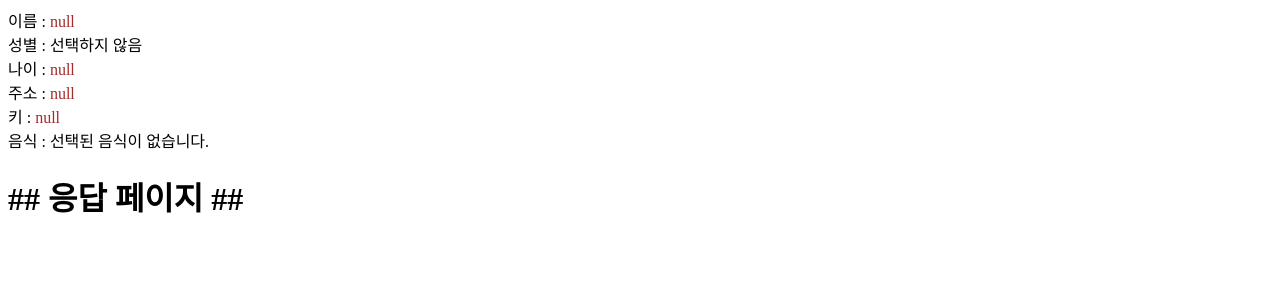
Repository: kkh1396/kh_front
Page: http://localhost/1.servlet/views/responsePage.jsp
The author's editor kept a copy of each file at every save. The page is drawn from the files as they stood at one save, then again after the next save.
The browser window is 1280 px wide. The pictures show the whole page.
The page is served by Tomcat 9. Other server files are loaded and not shown. The template is opened directly, without the code that normally fills it, so the values that code supplies are empty.

Above is the page before, as saved 2025-03-19 06:34:00.

### 05_server/1.servlet/src/main/webapp/views/responsePage.jsp
<%@ page language="java" contentType="text/html; charset=UTF-8"
    pageEncoding="UTF-8"%>
<!DOCTYPE html>
<html>
<head>
<meta charset="UTF-8">
<title>응답용 페이지</title>

   <style >
     span {color : brown}
   </style>
</head>
<body>

	<!-- HTML 주석 -->
	<%-- jsp 주석 --%>
	<%-- 자바 코드 작성하기 --%>
	<%
	   //System.out.println("hi! jsp");
	   // * 스크립틀릿 (sciptlet) : HTML문서 내에서 JAVA코드를
	   //   작성할수 있는 영역

	   // * 서블릿을 통해 전달된 데이터를 추출
	   String name = (String)request.getAttribute("name");
	   String gender  = (String)request.getAttribute("gender");
	   String age =  (String)request.getAttribute("age");
	   String address = (String)request.getAttribute("address");
	   String height =  (String)request.getAttribute("height");
	   String[] foods = (String[])request.getAttribute("foods");
	%>

	<%-- 변수의 값을 화면상에 출력하고자 할 때, %=변수명 형태로 작성한다 --%>
	이름 : <span><%= name %></span> <br>
	성별 :
	<% if (gender == null) { %>
	    선택하지 않음
	<% } else {%>
	     <span><%= gender %></span>

	 <% } %>
	     <br>
	나이 : <span><%= age %></span> <br>
	주소 : <span><%= address %></span> <br>
	키 : <span><%= height %></span> <br>
	음식 :
		<% if (foods == null) { %>
		    선택된 음식이 없습니다.
		<% } else { %>
			<ol>
			<% for (String f : foods) { %>

		      <li> <%= f %> </li>

			<% } %>
			</ol>
		<% } %>


 	<h1>## 응답 페이지 ##</h1>
</body>
</html>

After the next save:
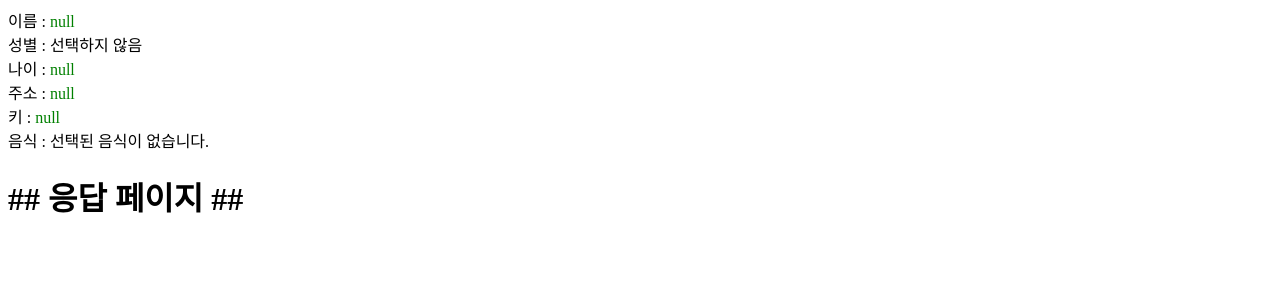
Saved 5 s later.
--- a/05_server/1.servlet/src/main/webapp/views/responsePage.jsp
+++ b/05_server/1.servlet/src/main/webapp/views/responsePage.jsp
@@ -7,7 +7,7 @@
 <title>응답용 페이지</title>
 
    <style >
-     span {color : brown}
+     span {color : green}
    </style>
 </head>
 <body>
